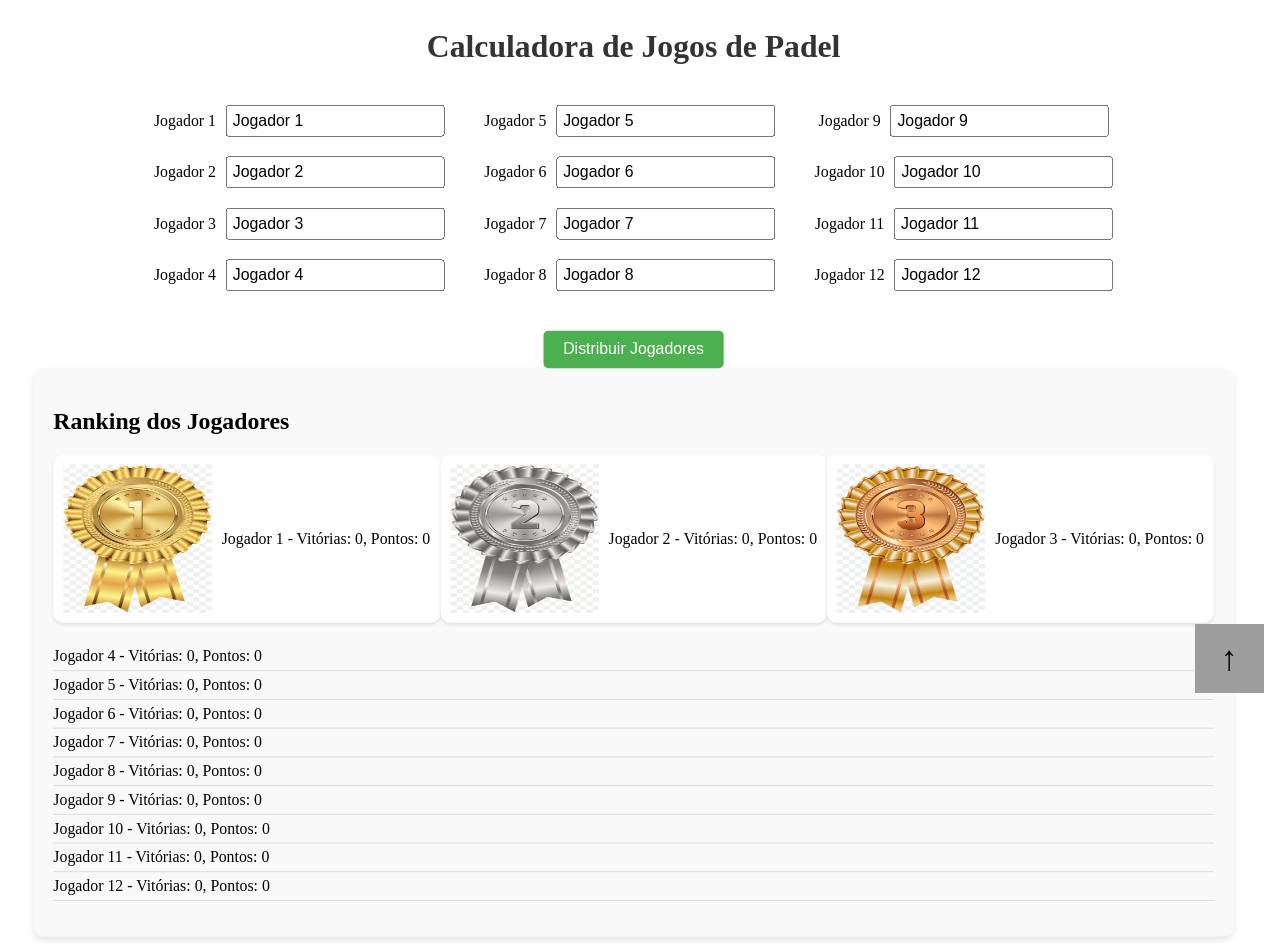
Repository: MarcioMiguel22/PadelMaster
Page: /calculadora
An editor plug-in stored every save of this project. The page is shown before and after the next save, followed by the edit.
The browser window is 1280 px wide. The pictures show the whole page, at 99% of full size.
Pictures or frames that could not be fetched are drawn as grey boxes. The project was rebuilt for these pictures with package versions that can differ from the ones it lists, and the page was loaded fresh each time. Also part of the build but not shown: vite.config.ts, src/pages/Home/Home.tsx, src/components/components_calculadora/Campo.tsx, src/components/components_calculadora/Jogo.tsx, src/index.css.

Above is the page before, as saved 2024-06-14 12:15:49.

After the next save:
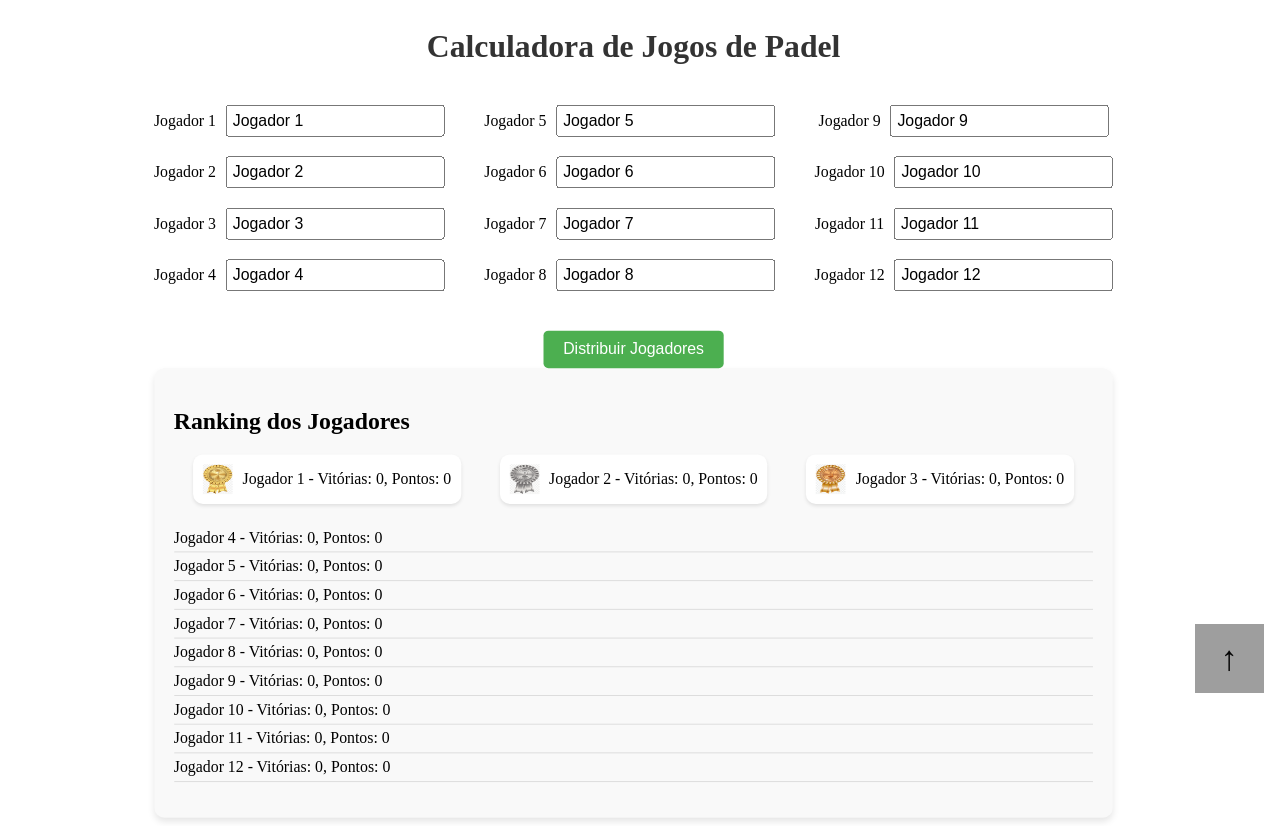
Saved 6 min 5 s later.
--- a/src/components/components_calculadora/Ranking.module.css
+++ b/src/components/components_calculadora/Ranking.module.css
@@ -21,9 +21,27 @@
 }
 
 .medalha {
-  width: 150px;
-  height: 150px;
+  width: 30px;
+  height: 30px;
   margin-right: 10px;
+  transition: transform 0.3s ease-in-out;
+}
+
+.medalha:hover {
+  transform: scale(1.2);
+  animation: pulse 1s infinite;
+}
+
+@keyframes pulse {
+  0% {
+    transform: scale(1.2);
+  }
+  50% {
+    transform: scale(1.25);
+  }
+  100% {
+    transform: scale(1.2);
+  }
 }
 
 .outrosJogadores {

After the save that followed:
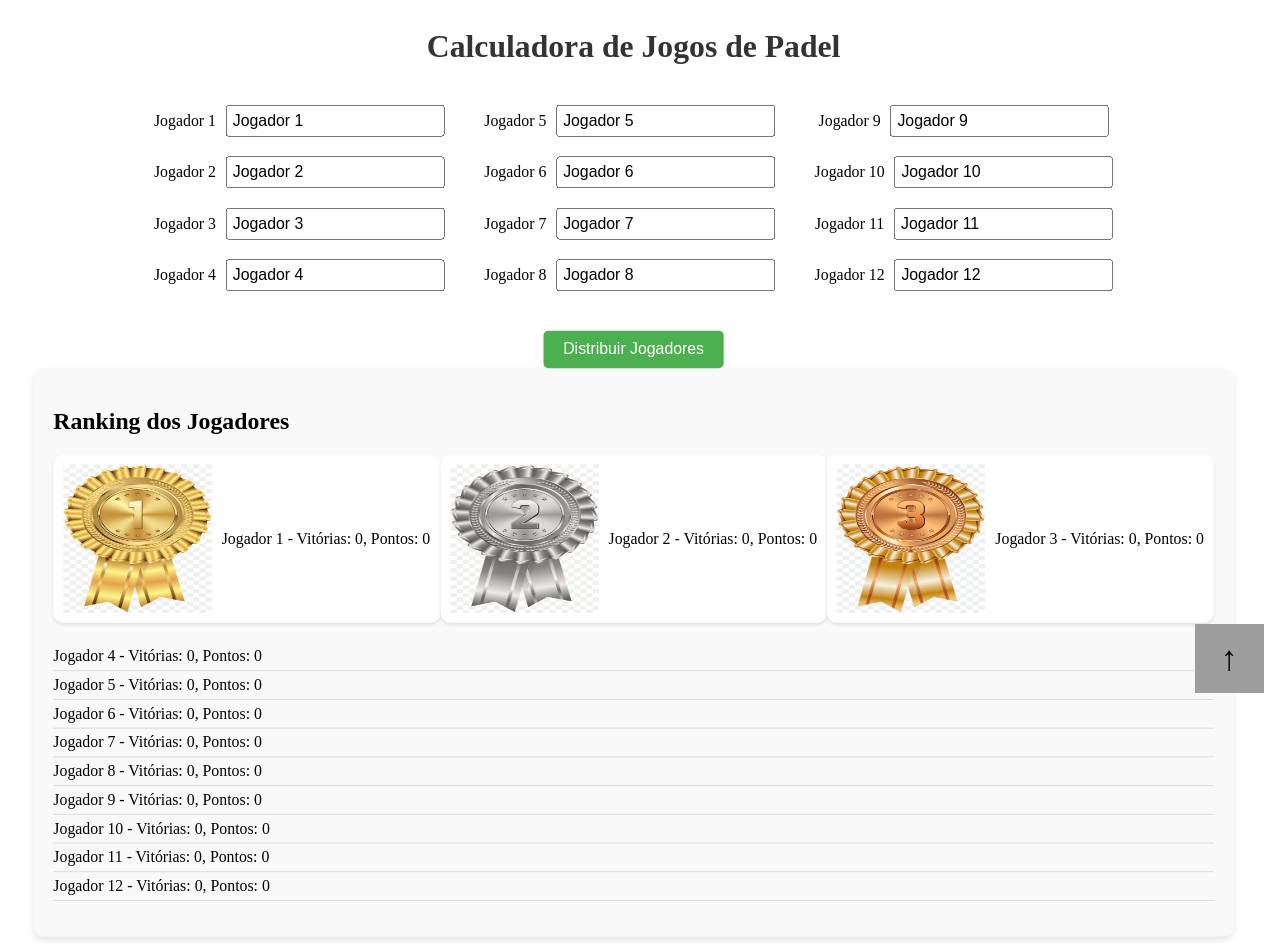
Saved 34 s later.
--- a/src/components/components_calculadora/Ranking.module.css
+++ b/src/components/components_calculadora/Ranking.module.css
@@ -21,8 +21,8 @@
 }
 
 .medalha {
-  width: 30px;
-  height: 30px;
+  width: 150px;
+  height: 150px;
   margin-right: 10px;
   transition: transform 0.3s ease-in-out;
 }
